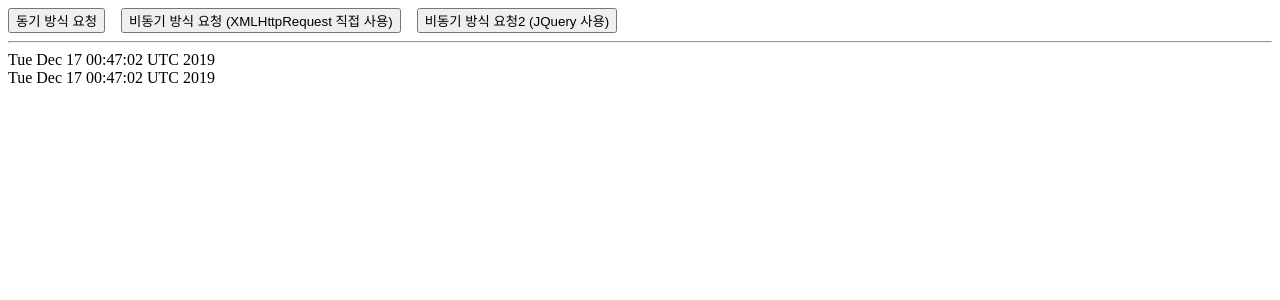
Repository: superThisMe/spring-basic
Page: http://localhost/07.spring-ajax/ajax-example
The author's editor kept a copy of each file at every save. The page is drawn from the files as they stood at one save, then again after the next save.
The browser window is 1280 px wide. The pictures show the whole page.
After loading, the first visible `#async-request2` was clicked once.
The page is served by Tomcat 9.

Above is the page before, as saved 2020-01-02 07:01:12.

After the next save:
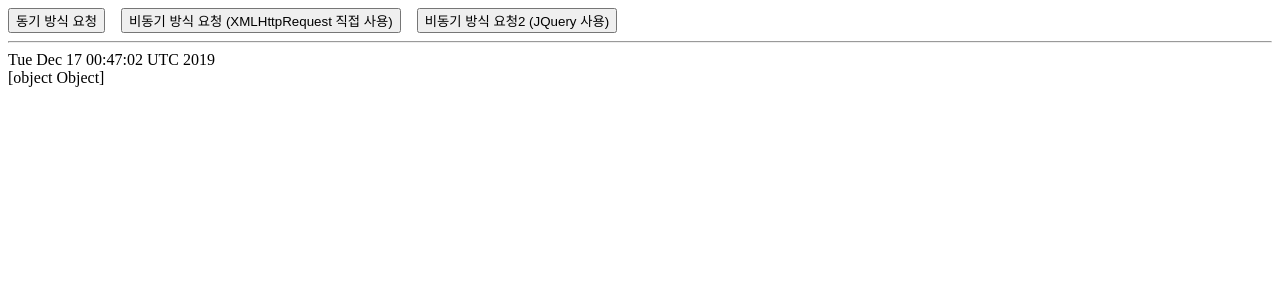
Saved 32 s later.
--- a/07.spring-ajax/src/main/webapp/WEB-INF/views/ajax-example.jsp
+++ b/07.spring-ajax/src/main/webapp/WEB-INF/views/ajax-example.jsp
@@ -44,7 +44,9 @@
 			$.ajax({ // JQuery의 ajax 요청 helper function
 				"url":"get-time",
 				"method":"GET",
-				"success":function(xhr, status, data) {},
+				"success":function(xhr, status, data) {
+					$('#message').text(data);
+				},
 				"error":function(err, status, xhr) {
 					alert("error: " + err.message);
 				}
